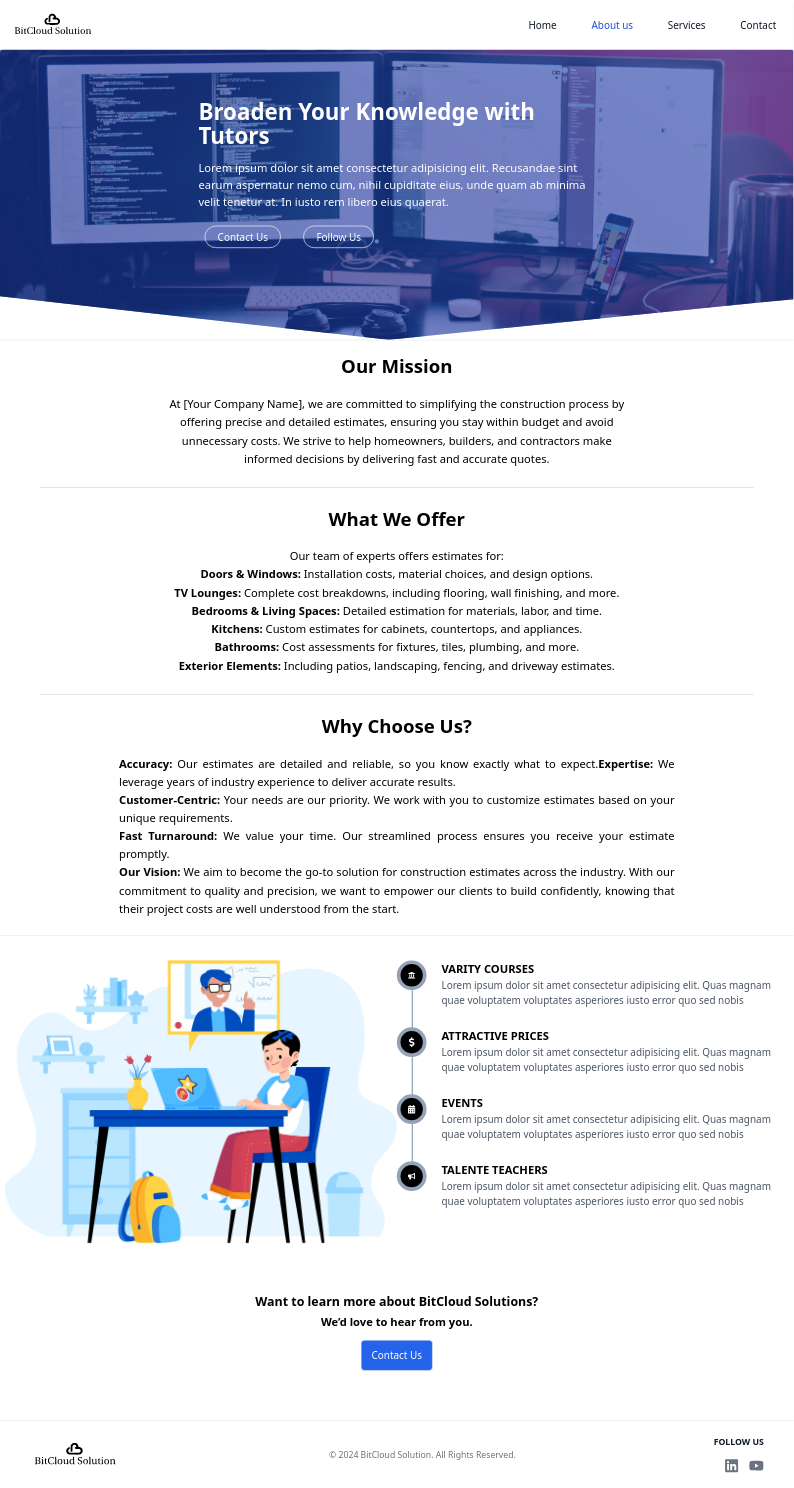
Repository: huzaifaBitCloud/BitCloud-website
Page: /about-us
These files come from the project's save history. The page is drawn as it stood at one moment and after the next save; the edit follows.
The browser window is 1280 px wide. The pictures show the whole page, at 62% of full size.
The project was rebuilt for these pictures with package versions that can differ from the ones it lists, and the page was loaded fresh each time. The framework's server and built-in components were replaced by stand-ins that run in the browser. Also part of the build but not shown: next.config.mjs.

Above is the page before, as saved 2025-01-23 13:54:23.

### src/app/about-us/page.tsx
import Layout from "@/components/Layout";
import About from "@/components/About";

const AboutPage = () => {
  return (
    <Layout>
      <About />
    </Layout>
  );
};

export default AboutPage;

### src/app/globals.css
@tailwind base;
@tailwind components;
@tailwind utilities;

.custom-cards-ourClient {
  box-shadow: 0px -10px 10px 2px rgba(221, 223, 226, 1);
  border-radius: 15px;
  background: linear-gradient(180deg, #e9f2e4 0%, #f5f7fa 90%);
}
.custom-card-2-achievements {
  box-shadow: 0px -10px 10px 2px rgba(221, 223, 226, 1);
  border-radius: 15px;
  background: linear-gradient(180deg, #f4d9d0 0%, #f5f7fa 90%);
}
.custom-card-3-achievements {
  box-shadow: 0px -10px 10px 2px rgba(221, 223, 226, 1);
  border-radius: 15px;
  background: linear-gradient(180deg, #e7ebf0, #f5f7fa 90%);
}

:root {
  /* --color-primary: #e9f2e4;
    --color-secondary: #f5f7fa;
*/
  --h-100vh: 100vh;
}

/* ABout CSS */

.btn-about {
  display: inline-block;
  margin: 0 0.625rem;
  padding: 0.3125rem 1.25rem;
  border-radius: 1.25rem;
  background: transparent;
  border: solid 0.0625rem #fff;
  position: relative;
  z-index: 9;
}
.main-hero-about {
  clip-path: polygon(
    50% 0%,
    100% 0,
    100% 35%,
    100% 86%,
    49% 100%,
    0 85%,
    0% 35%,
    0 0
  );
}

/* Services */

.zoomIn {
  -webkit-animation-name: zoomIn;
  animation-name: zoomIn;
  -webkit-animation-duration: 1s;
  animation-duration: 1s;
  -webkit-animation-fill-mode: both;
  animation-fill-mode: both;
}
@-webkit-keyframes zoomIn {
  0% {
    opacity: 0;
    -webkit-transform: scale3d(0.3, 0.3, 0.3);
    transform: scale3d(0.3, 0.3, 0.3);
  }
  50% {
    opacity: 1;
  }
}
@keyframes zoomIn {
  0% {
    opacity: 0;
    -webkit-transform: scale3d(0.3, 0.3, 0.3);
    transform: scale3d(0.3, 0.3, 0.3);
  }
  50% {
    opacity: 1;
  }
}

.card-services {
  border-top: 10px solid transparent;
  transition: border-top-color 0.4s, box-shadow 0.4s;
}

.card-services:hover {
  border-top-color: #2563eb;
  box-shadow: 0px 0px 5px rgba(0, 0, 0, 0.75);
}


@media only screen and (max-width: 760px) {
  .main-hero-about {
    clip-path: polygon(
      50% 0%,
      100% 0,
      100% 35%,
      100% 92%,
      49% 100%,
      0 92%,
      0% 35%,
      0 0
    );
  }
  .main-hero-about {
    height: var(--h-100vh) !important;
  }
  .sub-hero-about {
    text-align: center !important;
    margin: 0 auto !important;
  }
  .mob-btn-about {
    justify-content: center;
  }
  .mob-nav-style{
    position: absolute;
    top: 76%;
    left: 0;
  }
}

### src/components/Layout.tsx
import React from "react";
import { ReactNode } from "react";

import { Navbar } from "./Navbar";
import Footer from "./Footer";

interface LayoutProps {
  children: ReactNode;
}

const Layout = ({children}: LayoutProps) => {
  return (
    <div>
      <Navbar />
      <div className="">{children}</div>
      <Footer />
    </div>
  );
};

export default Layout;

### src/components/About.tsx
"use client";
import { useRouter } from "next/navigation";
import React from "react";
import WhyChooseUs from "./WhyChooseUs";

const About = () => {
  const router = useRouter();

  return (
    <section id="about" className=" w-[100%] mx-auto mb-6">
      {/* HEADINGS */}
      <div
        className="relative text-white text-center py-20 rounded-md bg-cover bg-center lg:h-[65vh] md:h-[70vh] main-hero-about"
        style={{
          backgroundImage: "url('/images/web-developer.jpg')",
        }}
      >
        {/* Overlay */}
        <div className="absolute inset-0 bg-blue-800 bg-opacity-60"></div>

        {/* Content */}
        <div className="relative z-10 sm:w-[100%] md:w-[80%] lg:w-[50%] mx-auto text-left sub-hero-about">
          <h2 className="text-4xl font-bold mb-4">
            Broaden Your Knowledge with Tutors
          </h2>
          <p className="mb-6 text-lg">
            Lorem ipsum dolor sit amet consectetur adipisicing elit. Recusandae
            sint earum aspernatur nemo cum, nihil cupiditate eius, unde quam ab
            minima velit tenetur at. In iusto rem libero eius quaerat.
          </p>
          <div className="flex mob-btn-about gap-4">
            <button
              className="btn-about border border-white px-6 py-2 rounded-md hover:bg-white hover:text-blue-800 transition"
              onClick={() => router.push("/contact")}
            >
              Contact Us
            </button>
            <button
              className="btn-about border border-white px-6 py-2 rounded-md hover:bg-white hover:text-blue-800 transition"
              onClick={() =>
                router.push(
                  "https://www.linkedin.com/company/bitcloud-solution-software/"
                )
              }
            >
              Follow Us
            </button>
          </div>
        </div>
      </div>
      <hr />

      {/* <div className="mt-5 px-2">
        <h2 className="text-3xl font-bold my-6">Our Mission</h2>
        <p className="my-7">
          At [Your Company Name], we are committed to simplifying the
          construction process by offering precise and detailed estimates,
          ensuring you stay within budget and avoid unnecessary costs. We strive
          to help homeowners, builders, and contractors make informed decisions
          by delivering fast and accurate quotes.
        </p>

        <hr />
        <h2 className="text-3xl font-bold text-left my-6">What We Offer</h2>
        <p className="my-7">
          Our team of experts offers estimates for: Doors & Windows:
          Installation costs, material choices, and design options. TV Lounges:
          Complete cost breakdowns, including flooring, wall finishing, and
          more. Bedrooms & Living Spaces: Detailed estimation for materials,
          labor, and time. Kitchens: Custom estimates for cabinets, countertops,
          and appliances. Bathrooms: Cost assessments for fixtures, tiles,
          plumbing, and more. Exterior Elements: Including patios, landscaping,
          fencing, and driveway estimates.
        </p>
        <hr />
        <h2 className="text-3xl font-bold ">Why Choose Us?</h2>
        <p className="my-7 w-[85%]">
          Accuracy: Our estimates are detailed and reliable, so you know exactly
          what to expect. Expertise: We leverage years of industry experience to
          deliver accurate results. Customer-Centric: Your needs are our
          priority. We work with you to customize estimates based on your unique
          requirements. Fast Turnaround: We value your time. Our streamlined
          process ensures you receive your estimate promptly. Our Vision We aim
          to become the go-to solution for construction estimates across the
          industry. With our commitment to quality and precision, we want to
          empower our clients to build confidently, knowing that their project
          costs are well understood from the start.
        </p>
      </div> */}

      <div className="mt-5 px-4 sm:px-6 md:px-10 lg:px-16">
        {/* Our Mission */}
        <div className="text-center">
          <h2 className="text-3xl font-bold my-6">Our Mission</h2>
          <p className="my-7 text-lg leading-relaxed max-w-3xl mx-auto">
            At [Your Company Name], we are committed to simplifying the
            construction process by offering precise and detailed estimates,
            ensuring you stay within budget and avoid unnecessary costs. We
            strive to help homeowners, builders, and contractors make informed
            decisions by delivering fast and accurate quotes.
          </p>
        </div>

        <hr className="my-8 border-gray-300" />

        {/* What We Offer */}
        <div className="text-center">
          <h2 className="text-3xl font-bold my-6">What We Offer</h2>
          <p className="my-7 text-lg leading-relaxed max-w-3xl mx-auto">
            Our team of experts offers estimates for:
            <br />
            <strong>Doors & Windows:</strong> Installation costs, material
            choices, and design options.
            <br />
            <strong>TV Lounges:</strong> Complete cost breakdowns, including
            flooring, wall finishing, and more.
            <br />
            <strong>Bedrooms & Living Spaces:</strong> Detailed estimation for
            materials, labor, and time.
            <br />
            <strong>Kitchens:</strong> Custom estimates for cabinets,
            countertops, and appliances.
            <br />
            <strong>Bathrooms:</strong> Cost assessments for fixtures, tiles,
            plumbing, and more.
            <br />
            <strong>Exterior Elements:</strong> Including patios, landscaping,
            fencing, and driveway estimates.
          </p>
        </div>

        <hr className="my-8 border-gray-300" />

        {/* Why Choose Us */}
        <div className="text-center">
          <h2 className="text-3xl font-bold my-6">Why Choose Us?</h2>
          <p className="my-7 text-lg leading-relaxed max-w-4xl mx-auto text-justify">
            <strong>Accuracy:</strong> Our estimates are detailed and reliable,
            so you know exactly what to expect.
            {/* <br /> */}
            <strong>Expertise:</strong> We leverage years of industry experience
            to deliver accurate results.
            <br />
            <strong>Customer-Centric:</strong> Your needs are our priority. We
            work with you to customize estimates based on your unique
            requirements.
            <br />
            <strong>Fast Turnaround:</strong> We value your time. Our
            streamlined process ensures you receive your estimate promptly.
            <br />
            <strong>Our Vision:</strong> We aim to become the go-to solution for
            construction estimates across the industry. With our commitment to
            quality and precision, we want to empower our clients to build
            confidently, knowing that their project costs are well understood
            from the start.
          </p>
          <p className="my-7 text-lg leading-relaxed max-w-4xl mx-auto">

          </p>
        </div>
      </div>

      <hr />
      <div className="my-10 ">
        <WhyChooseUs />
      </div>
      <div className="text-center my-20">
        <h3 className="text-xl font-bold">
          Want to learn more about BitCloud Solutions?
        </h3>
        <p className="text-lg font-semibold mt-1">
          We’d love to hear from you.
        </p>
        <button
          className="border bg-blue-600 px-4 py-3 rounded-md text-white hover:bg-blue-700 mt-4"
          onClick={() => router.push("/contact")}
        >
          Contact Us
        </button>
      </div>
    </section>
  );
};

export default About;

### src/components/Footer.tsx
// import Link from "next/link";
// import { FaLinkedin, FaYoutube } from "react-icons/fa";

// const Footer = () => {
//   const currentYear = new Date().getFullYear(); // Get the current year dynamically

//   return (
//     <footer className="bg-white dark:bg-gray-900 border-t w-full">
//       <div className="container mx-auto px-4 py-6">
//         <div className="flex flex-col md:flex-row md:items-center md:justify-between">
//           {/* Logo Section */}
//           <div className="flex items-center mb-4 md:mb-0 py-6">
//             <img
//               src="/images/logo.svg"
//               alt="BitCloud Logo"
//               className="h-14 mr-3 md:ml-4"
//             />
//           </div>

//           {/* Rights Section */}
//           <div className="text-center mb-4 md:mb-0">
//             <span className="text-sm text-gray-500 dark:text-gray-400">
//               © {currentYear}{" "}
//               <Link
//                 href="https://bitcloudsolution.com/"
//                 className="hover:underline"
//               >
//                 BitCloud Solution
//               </Link>
//               . All Rights Reserved.
//             </span>
//           </div>

//           {/* Follow Us Section */}
//           <div className="flex flex-col items-center md:items-end">
//             <h2 className="mb-4 text-sm font-semibold text-gray-900 uppercase dark:text-white">
//               Follow Us
//             </h2>
//             <div className="flex space-x-4">
//               <Link
//                 href="https://www.linkedin.com/company/bitcloud-solution-software/"
//                 aria-label="LinkedIn"
//                 className="text-gray-500 hover:text-blue-600 dark:hover:text-blue-400"
//               >
//                 <FaLinkedin className="w-6 h-6" />
//               </Link>
//               <Link
//                 href="http://www.youtube.com/@BitCloudSolution"
//                 aria-label="YouTube"
//                 className="text-gray-500 hover:text-red-600 dark:hover:text-red-400"
//               >
//                 <FaYoutube className="w-6 h-6" />
//               </Link>
//             </div>
//           </div>
//         </div>
//       </div>
//     </footer>
//   );
// };

// export default Footer;

import Link from "next/link";
import { FaLinkedin, FaYoutube } from "react-icons/fa";

const Footer = () => {
  const currentYear = new Date().getFullYear(); // Get the current year dynamically

  return (
    <footer className="bg-white dark:bg-gray-900 border-t w-full">
      <div className="container mx-auto px-6 py-6">
        <div className="flex flex-col items-center md:flex-row md:justify-between">
          {/* Logo Section */}
          <div className="flex items-center mb-4 md:mb-0 md:ml-6">
            <Link href='/'>
            <img
              src="/images/logo.svg"
              alt="BitCloud Logo"
              className="h-14 mr-3"
            />
            </Link>
          </div>

          {/* Rights Section */}
          <div className="text-center mb-4 md:mb-0">
            <span className="text-sm text-gray-500 dark:text-gray-400">
              © {currentYear}{" "}
              <Link
                href="https://bitcloudsolution.com/"
                className="hover:underline"
              >
                BitCloud Solution
              </Link>
              . All Rights Reserved.
            </span>
          </div>

          {/* Follow Us Section */}
          <div className="flex flex-col items-center md:items-end md:mr-6">
            <h2 className="mb-4 text-sm font-semibold text-gray-900 uppercase dark:text-white">
              Follow Us
            </h2>
            <div className="flex space-x-4">
              <Link
                href="https://www.linkedin.com/company/bitcloud-solution-software/"
                aria-label="LinkedIn"
                className="text-gray-500 hover:text-blue-600 dark:hover:text-blue-400"
              >
                <FaLinkedin className="w-6 h-6" />
              </Link>
              <Link
                href="http://www.youtube.com/@BitCloudSolution"
                aria-label="YouTube"
                className="text-gray-500 hover:text-red-600 dark:hover:text-red-400"
              >
                <FaYoutube className="w-6 h-6" />
              </Link>
            </div>
          </div>
        </div>
      </div>
    </footer>
  );
};

export default Footer;

### src/components/WhyChooseUs.tsx
import React from "react";
import {
  FaUniversity,
  FaDollarSign,
  FaCalendarAlt,
  FaBullhorn,
} from "react-icons/fa";

const WhyChooseUs = () => {
  const steps = [
    {
      icon: <FaUniversity />,
      title: "VARITY COURSES",
      description:
        "Lorem ipsum dolor sit amet consectetur adipisicing elit. Quas magnam quae voluptatem voluptates asperiores iusto error quo sed nobis",
    },
    {
      icon: <FaDollarSign />,
      title: "ATTRACTIVE PRICES",
      description:
        "Lorem ipsum dolor sit amet consectetur adipisicing elit. Quas magnam quae voluptatem voluptates asperiores iusto error quo sed nobis",
    },
    {
      icon: <FaCalendarAlt />,
      title: "EVENTS",
      description:
        "Lorem ipsum dolor sit amet consectetur adipisicing elit. Quas magnam quae voluptatem voluptates asperiores iusto error quo sed nobis",
    },
    {
      icon: <FaBullhorn />,
      title: "TALENTE TEACHERS",
      description:
        "Lorem ipsum dolor sit amet consectetur adipisicing elit. Quas magnam quae voluptatem voluptates asperiores iusto error quo sed nobis",
    },
  ];

  return (
    <div className="w-[100%] mx-auto mt-6">

      <div className="grid lg:grid-cols-2 xs:grid-cols-1 mx-2">
        <div>
          <img src="/images/about-us.jpg" alt="About us" />
        </div>
        <div className="flex flex-col items-start mx-auto h-[100%]">
          {steps.map((step, index) => (
            <div key={index} className="flex items-start mb-8 relative">
              {/* Vertical Line */}
              {index !== steps.length - 1 && (
                <span className="absolute left-6 top-12 h-20 w-0.5 bg-slate-400"></span>
              )}

              {/* Icon in a circle */}
              <div className="flex justify-center items-center w-12 h-12 p-3 rounded-full bg-black text-white border-[6px] border-slate-400">
                {step.icon}
              </div>

              {/* Title and Description */}
              <div className="ml-6">
                <h3 className="text-lg font-bold">{step.title}</h3>
                <p className="text-gray-600">{step.description}</p>
              </div>
            </div>
          ))}
        </div>
      </div>
    </div>
  );
};

export default WhyChooseUs;

Loaded but not shown: src/app/layout.tsx (common file); tailwind.config.ts (common file); src/components/Navbar.tsx (135 lines, source omitted)

After the next save:
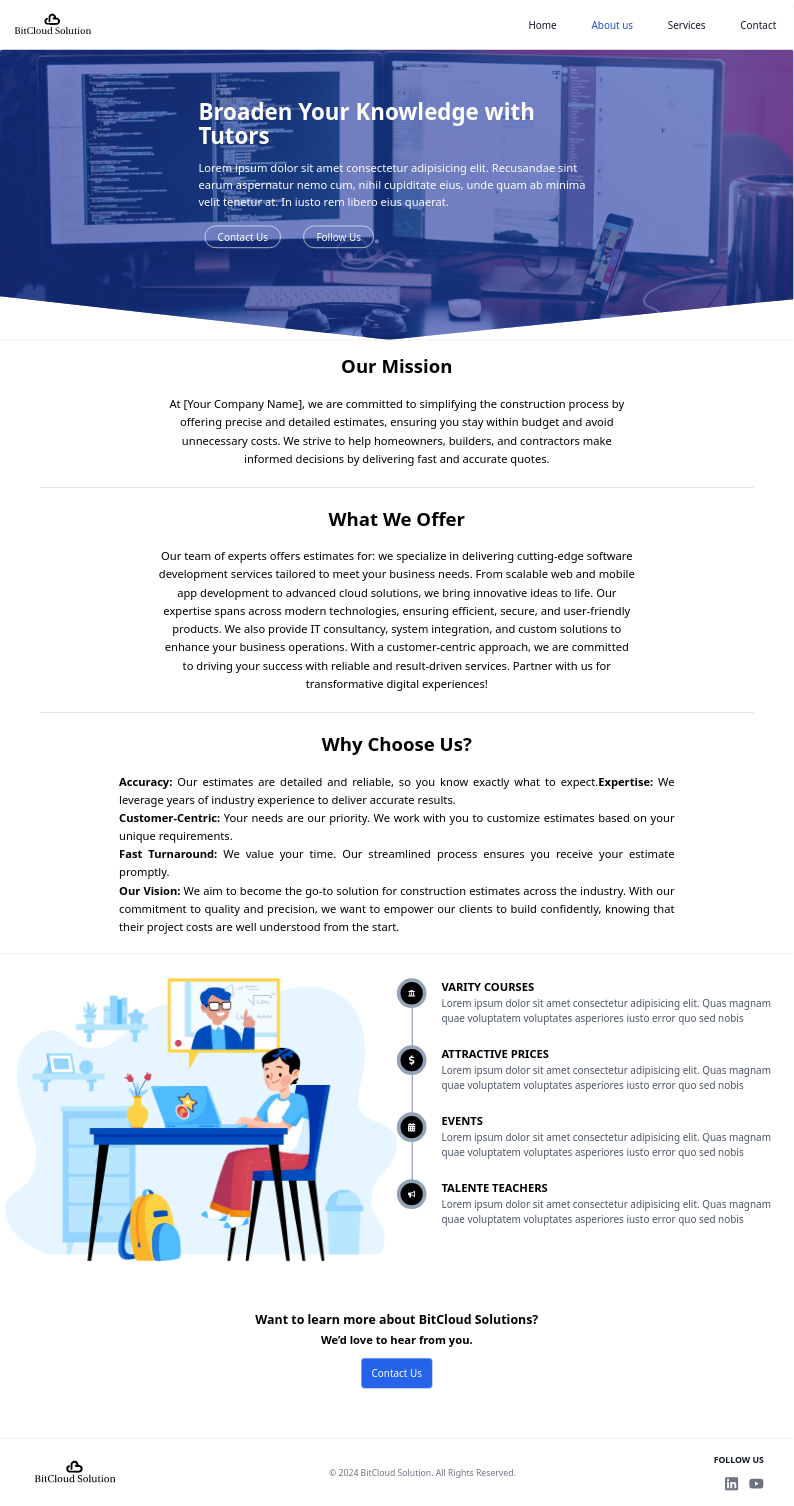
Saved 2 h 20 min later.
--- a/src/components/About.tsx
+++ b/src/components/About.tsx
@@ -107,25 +107,16 @@
         <div className="text-center">
           <h2 className="text-3xl font-bold my-6">What We Offer</h2>
           <p className="my-7 text-lg leading-relaxed max-w-3xl mx-auto">
-            Our team of experts offers estimates for:
-            <br />
-            <strong>Doors & Windows:</strong> Installation costs, material
-            choices, and design options.
-            <br />
-            <strong>TV Lounges:</strong> Complete cost breakdowns, including
-            flooring, wall finishing, and more.
-            <br />
-            <strong>Bedrooms & Living Spaces:</strong> Detailed estimation for
-            materials, labor, and time.
-            <br />
-            <strong>Kitchens:</strong> Custom estimates for cabinets,
-            countertops, and appliances.
-            <br />
-            <strong>Bathrooms:</strong> Cost assessments for fixtures, tiles,
-            plumbing, and more.
-            <br />
-            <strong>Exterior Elements:</strong> Including patios, landscaping,
-            fencing, and driveway estimates.
+            Our team of experts offers estimates for: we specialize in
+            delivering cutting-edge software development services tailored to
+            meet your business needs. From scalable web and mobile app
+            development to advanced cloud solutions, we bring innovative ideas
+            to life. Our expertise spans across modern technologies, ensuring
+            efficient, secure, and user-friendly products. We also provide IT
+            consultancy, system integration, and custom solutions to enhance
+            your business operations. With a customer-centric approach, we are
+            committed to driving your success with reliable and result-driven
+            services. Partner with us for transformative digital experiences!
           </p>
         </div>
 
@@ -154,9 +145,7 @@
             confidently, knowing that their project costs are well understood
             from the start.
           </p>
-          <p className="my-7 text-lg leading-relaxed max-w-4xl mx-auto">
-
-          </p>
+          <p className="my-7 text-lg leading-relaxed max-w-4xl mx-auto"></p>
         </div>
       </div>
 
